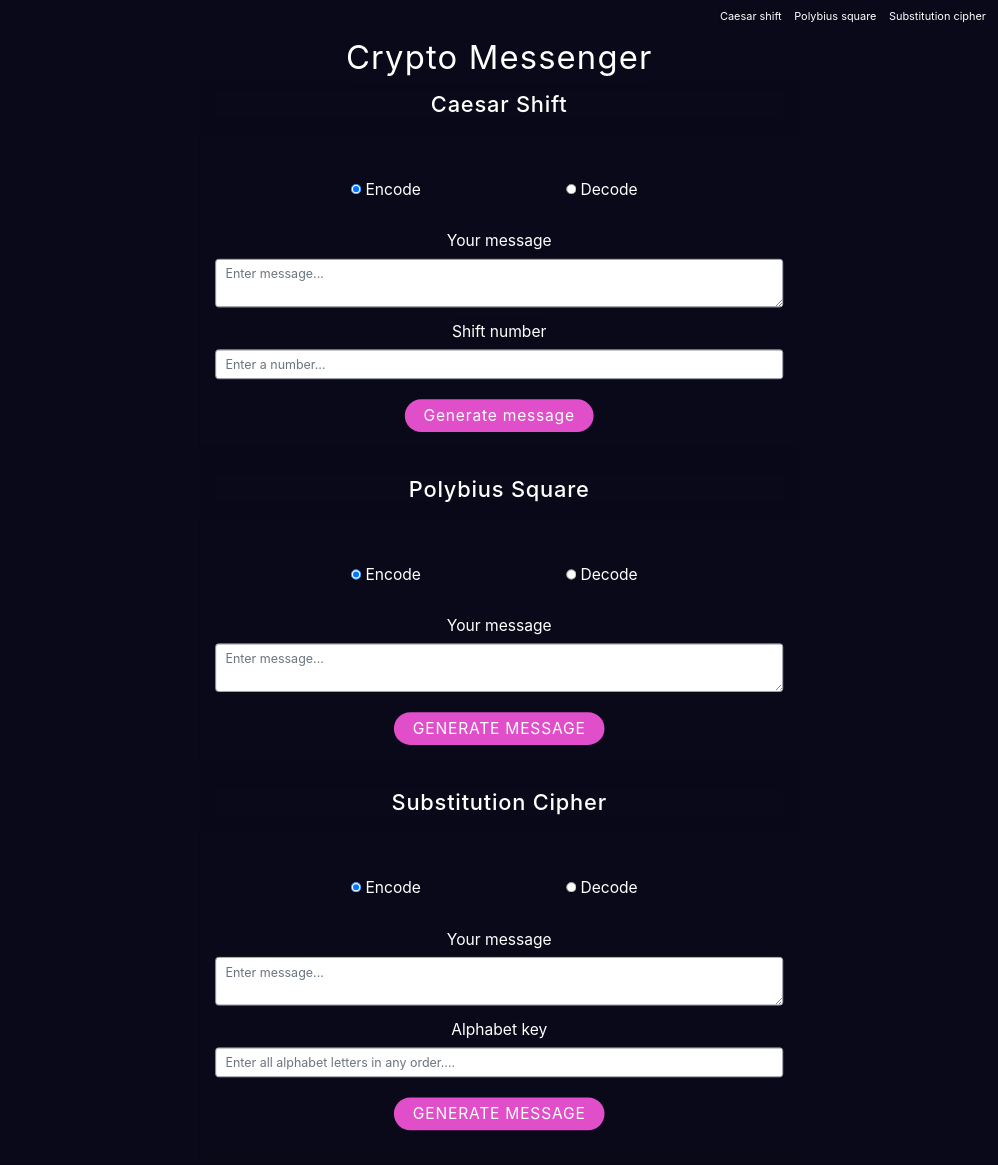
Repository: Rthompson2548/Project-Decoder-Ring
Page: index.html
These files come from the project's save history. The page is drawn as it stood at one moment and after a run of saves; the edit follows.
The browser window is 1280 px wide. The pictures show the whole page, at 78% of full size.

Above is the page before, as saved 2022-04-09 20:25:45.

### index.html
<!DOCTYPE html>
<html lang="en">

<head>
  <!-- Required meta tags -->
  <meta charset="utf-8" />
  <meta name="viewport" content="width=device-width, initial-scale=1, shrink-to-fit=no" />
  <link rel="icon" href="images/favicon.ico" />
  <link rel="stylesheet" type="text/css" href="index.css" />
  <link rel="stylesheet" href="https://stackpath.bootstrapcdn.com/bootstrap/4.5.2/css/bootstrap.min.css"
    integrity="sha384-JcKb8q3iqJ61gNV9KGb8thSsNjpSL0n8PARn9HuZOnIxN0hoP+VmmDGMN5t9UJ0Z" crossorigin="anonymous" />
<link rel="preconnect" href="https://fonts.googleapis.com">
<link rel="preconnect" href="https://fonts.gstatic.com" crossorigin>
<link href="https://fonts.googleapis.com/css2?family=Archivo&family=Montserrat&family=Work+Sans&display=swap"
  rel="stylesheet">
  <title>Crypto-Messenger</title>
</head>

<body>
  <header class="container-fluid border-0">
    <div class="nav-bar fixed-top">
      <div class="nav-bar">
        <a href="#caesar-shift"> <span class="nav-bar-item">
            Caesar shift
          </span> </a>
          <a href="#polybius-square"> <span class="nav-bar-item">
            Polybius square
          </span> </a>
          <a href="#substitution-cipher"> <span class="nav-bar-item">
            Substitution cipher
          </span> </a>
      </div>
    </div>
  </header>
  <main>
    <div class="header">
      <span class="page-title">
        Crypto Messenger
      </span>
      <!-- <p>Use ciphers to encode & decode messages</p> -->
      </div>

    <div class="page-content">
      <!-- Caesar Shift -->
      <section>
        <div class="language-card" id="caesar-shift">
          <div class="card-header">
            <h2 class="language-card-title">Caesar Shift</h2>
            </div>
            <div class="card-body">

            <form id="caesar">
<!-- encode/decode radio option buttons -->
              <div class="encode-decode-options">
                <!-- encode option radio button -->
                <div class="form-check form-check-inline">
                  <input class="form-check-input" type="radio" name="caesar-options" id="caesar-options-encode" value="encode" checked />

                  <label class="form-check-label" for="caesar-options-encode">
                    Encode
                  </label>

                </div>
<!-- decode option radio button -->
                <div class="form-check form-check-inline">
                  <input class="form-check-input" type="radio" name="caesar-options" id="caesar-options-decode" value="decode" />

                  <label class="form-check-label" for="caesar-options-decode">
                    Decode
                  </label>

                </div>
              </div>

              <div class="form-group">
                <label for="caesar-input">Your message</label>
                <textarea class="form-control" id="caesar-input" rows="2" placeholder="Enter message..."></textarea>
                </div>
                <div class="form-group">
                  <label for="caesar-shift">Shift number</label>
                  <input type="number" class="form-control" id="caesar-shift" placeholder="Enter a number..." />
                </div>
              <div class="submit-button-container">
                <button class="submit-button" type="submit">Generate message</button>
              </div>
            </form>
            </div>
          <div id="caesar-alert" class="alert alert-danger d-none" role="alert"> Something went wrong! Check your input
            and the shift amount and try again. </div>
          <div class="card-footer"><span class="font-weight-bold" id="caesar-output"></span> </div>
          </div>
          </section>
      <!-- Polybius -->
      <section>
        <div class="language-card" id="polybius-square">
          <div class="card-header">
            <h2 class="language-card-title">Polybius Square</h2>
            </div>
            <div class="card-body">
            <!-- <p class="language-card-description"> The Polybius Square is a cipher that is achieved by arranging a
              typical alphabet into a grid. Each letter is represented through a coordinate. For example, in the above
              table, the letter "B" would be represented by the numerical pair "21". </p> -->
            <form id="polybius">
              <div class="encode-decode-options">
                <div class="form-check form-check-inline">
                  <input class="form-check-input" type="radio" name="polybius-options" id="polybius-options-encode" value="encode"
                    checked />
                  <label class="form-check-label" for="polybius-options-encode">Encode</label>
                </div>
                <div class="form-check form-check-inline">
                  <input class="form-check-input" type="radio" name="polybius-options" id="polybius-options-decode" value="decode" />
                  <label class="form-check-label" for="polybius-options-decode">Decode</label>
                </div>
              </div>
              <div class="form-group">
                <label for="polybius-input">Your message</label>
                <textarea class="form-control" id="polybius-input" rows="2" placeholder="Enter message..."></textarea>
                </div>
              <div class="submit-button-container">
                <button class="submit-button" type="submit">GENERATE MESSAGE</button>
              </div>
            </form>
            </div>
          <div id="polybius-alert" class="alert alert-danger d-none" role="alert"> Something went wrong! Check your
            input and try again. </div>
          <div class="card-footer"><span class="font-weight-bold" id="polybius-output"></span> </div>
          </div>
          </section>
      <!-- Substitution -->
      <section id="substitution-cipher">
        <div class="language-card">
          <div class="card-header">
            <h2 class="language-card-title">Substitution Cipher</h2>
            </div>
            <div class="card-body">

            <form id="substitution">
              <div class="encode-decode-options">
                <div class="form-check form-check-inline">
                  <input class="form-check-input" type="radio" name="substitution-options" id="substitution-options-encode"
                    value="encode" checked />
                  <label class="form-check-label" for="substitution-options-encode">Encode</label>
                </div>
                <div class="form-check form-check-inline">
                  <input class="form-check-input" type="radio" name="substitution-options" id="substitution-options-decode"
                    value="decode" />
                  <label class="form-check-label" for="substitution-options-decode">Decode</label>
                </div>
              </div>
              <div class="form-group">
                <label for="substitution-input">Your message</label>
                <textarea class="form-control" id="substitution-input" rows="2" placeholder="Enter message..."></textarea>
                </div>
                <div class="form-group">
                  <label for="substitution-alphabet">Alphabet key</label>
                  <input type="text" class="form-control" id="substitution-alphabet" maxlength="26"
                    placeholder="Enter all alphabet letters in any order...." />
                </div>
              <div class="submit-button-container">
                <button class="submit-button" type="submit">GENERATE MESSAGE</button>
              </div>
            </form>
            </div>
          <div id="substitution-alert" class="alert alert-danger rounded-0 d-none" role="alert"> Something went wrong!
            Check your input and alphabet key. </div>
          <div class="card-footer border-0"><span class="font-weight-bold" id="substitution-output"></span> </div>
          </div>
          </section>
    </div>

  </main>
  <script src="./scripts/setup.js"></script>
  <script src="./src/caesar.js"></script>
  <script src="./src/polybius.js"></script>
  <script src="./src/substitution.js"></script>
  <script src="./scripts/caesar.js"></script>
  <script src="./scripts/polybius.js"></script>
  <script src="./scripts/substitution.js"></script>
</body>

</html>

### index.css
* {
  background-color: rgb(9 9 25);
  color: #fff;
  margin: 0;
  padding: 0;
}

html, body, #page {
    margin:0;
    padding:0;
    font-family: 'Montserrat', sans-serif;
}

input, textarea {
  font-size: 16px !important;
}

.page-content {
  align-items: center;
}

.page-title {
  color: #fff;
  font-size: 42px;
  font-weight: medium;
  display: flex;
  letter-spacing: 1.5px;
  justify-content: center;
  margin-top: 42px;
}

.nav-bar {
  display: flex;
  justify-content: center;
  padding: 4px 0;
}

.nav-bar-item {
  font-size: 14px;
  margin-right: 16px;
}

.header {
  display: flex;
  justify-content: center;
}

.encode-decode-options {
  display: flex;
  justify-content: space-evenly;
  margin: 36px 0;
  font-size: 15px;
}

section {
  text-align: center;
}

label {
  font-size: 20px;
}

.language-card {
  display: inline-block;
  width: 60%;
  color: #000;
  border: none;
  border-radius: 8px;
  /* margin-top: 42px; */
}

.language-card-title {
  font-size: 28px !important;
  letter-spacing: 1px;
  font-weight: light !important;
  /* margin-top: 50px; */
}

.language-card-description {
  line-height: 1.5rem;
  letter-spacing: 0.5px;
  margin-bottom: 18px;
}

.submit-button-container {
  display: flex;
  justify-content: center;
}

.submit-button {
  background-color: rgb(225 78 202);
  border: none;
  color: #fff;
  border-radius: 25px;
  padding: 6px 24px;
  margin-top: 10px;
  font-size: 20px;
  letter-spacing: 1px;
}

@media (min-width: 1000px) {

  .page-content {

  }

  .nav-bar {
    justify-content: end;
  }

  .language-card-title {
    font-size: 16px;
  }

  .language-card-description {
    font-size: 12px;
  }


}

### src/caesar.js
const caesarModule = (function() {
    function caesar(input, shift, encode = true) {
        if (!shift || shift === 0 || shift < -25 || shift > 25) return false;
        /* create a variable that takes the input value and converts it to lower case letters so that all characters have the correct ascii values */
        let word = input.toLowerCase().split("");

        /** will subtract the shift value from the word if "decode" to return the original letters of the word */
        if (!encode) shift = 0 - shift;
        // create a variable that maps each letter of the word
        const message = word.map((letter) => {
            let asciiValue = letter.charCodeAt(0) - 97;
            if (asciiValue < 0 || asciiValue > 26) return letter;

            /* add the ascii code value of the letter to the
            shift argument value to convert  it to the right
            character */
            asciiValue += shift;

            /* if the character's value is less than the 'a' value,
            add 26 to it so that it wraps around the alphabet. */
            if (asciiValue < 0) asciiValue += 26;
            asciiValue = asciiValue % 26;

            /* why do we add the ascii value to 97, which is 'a', if
            we already added it's ascii value to shift? Isn't that how
            we encode the message? */

            asciiValue += 97;

            /* user String.fromCharCode to connect the ascii
            code message back to letter values */
            return String.fromCharCode(asciiValue);
        });

        /* join each new character together to create a full word */
        return message.join("");
    }


    return {
        caesar,
    };
})();

module.exports = {
    caesar: caesarModule.caesar
};

### src/polybius.js
const polybiusModule = (function() {
    function polybius(input, encode = true) {
        /* create a variable that takes the input message, converts it all to lowercase, and use split to return an array of each letter separated by a single comma */
        const split = input.toLowerCase().split("");
        /* create an array of every letter(s) in the polybius square. This array will be separated into multiple inner arrays of letters within the array according to their row */
        const polybiusSquare = [
            ["a", "b", "c", "d", "e"],
            ["f", "g", "h", "(i/j)", "k"],
            ["l", "m", "n", "o", "p"],
            ["q", "r", "s", "t", "u"],
            ["v", "w", "x", "y", "z"],
        ];
        /* create an if statement for what to do if the inputted message should be encoded */
        if (encode) {
            /* create a variable that uses map method on the lowercase message */
            const codedMessage = split.map((letter) => {
                /* create a variable that takes each character from the inputted message array and converts it into it's unicode value. */
                const asciiLetterValue = letter.charCodeAt(0);
                /* use an if statement to return only characters between
                   lowercase 'a' and 'z' ascii values, as well as checking that
                   the character is not a space  */
                if ((asciiLetterValue < 97 || asciiLetterValue > 122) && asciiLetterValue != 32) return;
                /* run a for loop through the polybius square array */
                for (let i = 0; i < polybiusSquare.length; i++) {
                    /* run a for loop within that for loop through each inner array */
                    for (let j = 0; j < polybiusSquare[i].length; j++) {
                        if (polybiusSquare[i][j] === letter) return `${j + 1}${i + 1}`;
                        if (letter === "i" || letter === "j") return "42";
                        if (letter === " ") return " ";
                    }
                }
            });
            /* return the variable that split and lower case'd the original message argument */
            return codedMessage.join("");
        }

        /* decode */

        /* set a variable as an empty string to hold decoded message */
        let codedMessage = "";
        /* run a for loop through the message array, but increment i by 2, because each encoded character amounts to 2 number values */
        for (let i = 0; i < split.length; i += 2) {
            /* create an if statement that checks if the value in the message is a space */
            if (split[i] === " ") {
                /* if the value is true, then add a space string to the decoded message string */
                codedMessage += " ";
                /* switch incrementor to go back one "a" value in order to not include the next number in the string */
                i--;
                /* run a continue statement, which will terminate the i-1 incrementor and return back to a+=2 for the next numbers in the string*/
                continue;
            }
            if (!split[i + 1]) return false; // invalid number of characters
            codedMessage += polybiusSquare[split[i + 1] - 1][split[i] - 1];
        }
        // return the coded message

        return codedMessage;
    }

    return {
        polybius,
    };
})();

module.exports = {
    polybius: polybiusModule.polybius
};

### src/substitution.js
const substitutionModule = (function () {
/* helper function for message and both alphabet strings */
    function mapInput(message, alphabetA, alphabetB) {

        /* use the map method on the input message */
        return message.map((letter) => {
            const index = alphabetA.indexOf(letter);
            /* if statement that returns any characters that
             were not found in the string */
            if (index === -1) return letter;
            return alphabetB[index];
        });
    }

  function substitution(input, alphabet, encode = true) {
        if (!alphabet || alphabet.length != 26) return false;

        /* variable that takes the correct alphabet
        string and returns an array of the letters, separated by a comma */
        const abc = "abcdefghijklmnopqrstuvwxyz".split("");

        /* variable that takes the alphabet argument and
        returns it in lower case, separated by commas */
        const splitAlphabet = alphabet.toLowerCase().split("");

        /* variable that takes the message argument,
        and returns it converted to lower case and separated
        by commas */
        const message = input.toLowerCase().split("");

        /* use a nested for loop to compare the characters
          in the alphabet argument to check for uniqueness */
        for (let i = 0; i < splitAlphabet.length; i++) {
            for (let j = i + 1; j < splitAlphabet.length; j++) {
                if (splitAlphabet[i] === splitAlphabet[j]) return false;
            }
        }

        if (encode) return mapInput(message, abc, splitAlphabet).join("");
        return mapInput(message, splitAlphabet, abc).join("");
}

  return {
    substitution,
  };
})();

module.exports = { substitution: substitutionModule.substitution };

### scripts/caesar.js
function caesarRenderer() {

  const form = document.querySelector("#caesar");

  form.addEventListener("submit", (event) => {
    event.preventDefault();

    /** grabs input value via the textarea's id */
    const input = event.target["caesar-input"].value;

    /** direction will be either "encode" or "decode" */
    const direction = event.target["caesar-options"].value;

    /** grabs the value of the shift number input (aka the number to shift the message by) */
    const shift = event.target["caesar-shift"].value;

    /** sets the value of the shift in integer form */
    const result =
      direction === "encode"
        ? caesarModule.caesar(input, Number(shift))
        : caesarModule.caesar(input, Number(shift), false);

    const alert = document.querySelector("#caesar-alert");

    if (result) {
      alert.classList.add("d-none");
      const output = document.querySelector("#caesar-output");
      output.innerHTML = result;
    } else {
      alert.classList.remove("d-none");
    }
  });
}

document.addEventListener("DOMContentLoaded", caesarRenderer);

### scripts/polybius.js
function polybiusRenderer() {
  const form = document.querySelector("#polybius");
  form.addEventListener("submit", (event) => {
    event.preventDefault();

    const input = event.target["polybius-input"].value;
    const direction = event.target["polybius-options"].value;
    const result =
      direction === "encode"
        ? polybiusModule.polybius(input)
        : polybiusModule.polybius(input, false);

    const alert = document.querySelector("#polybius-alert");
    if (result) {
      alert.classList.add("d-none");
      const output = document.querySelector("#polybius-output");
      output.innerHTML = result;
    } else {
      alert.classList.remove("d-none");
    }
  });
}

document.addEventListener("DOMContentLoaded", polybiusRenderer);

### scripts/substitution.js
function substitutionRenderer() {
  const form = document.querySelector("#substitution");
  form.addEventListener("submit", (event) => {
    event.preventDefault();

    const input = event.target["substitution-input"].value;
    const direction = event.target["substitution-options"].value;
    const alphabet = event.target["substitution-alphabet"].value;
    const result =
      direction === "encode"
        ? substitutionModule.substitution(input, alphabet)
        : substitutionModule.substitution(input, alphabet, false);

    const alert = document.querySelector("#substitution-alert");
    if (result) {
      alert.classList.add("d-none");
      const output = document.querySelector("#substitution-output");
      output.innerHTML = result;
    } else {
      alert.classList.remove("d-none");
    }
  });
}

document.addEventListener("DOMContentLoaded", substitutionRenderer);

Loaded but not shown: scripts/setup.js (common file)

After the next 2 saves:
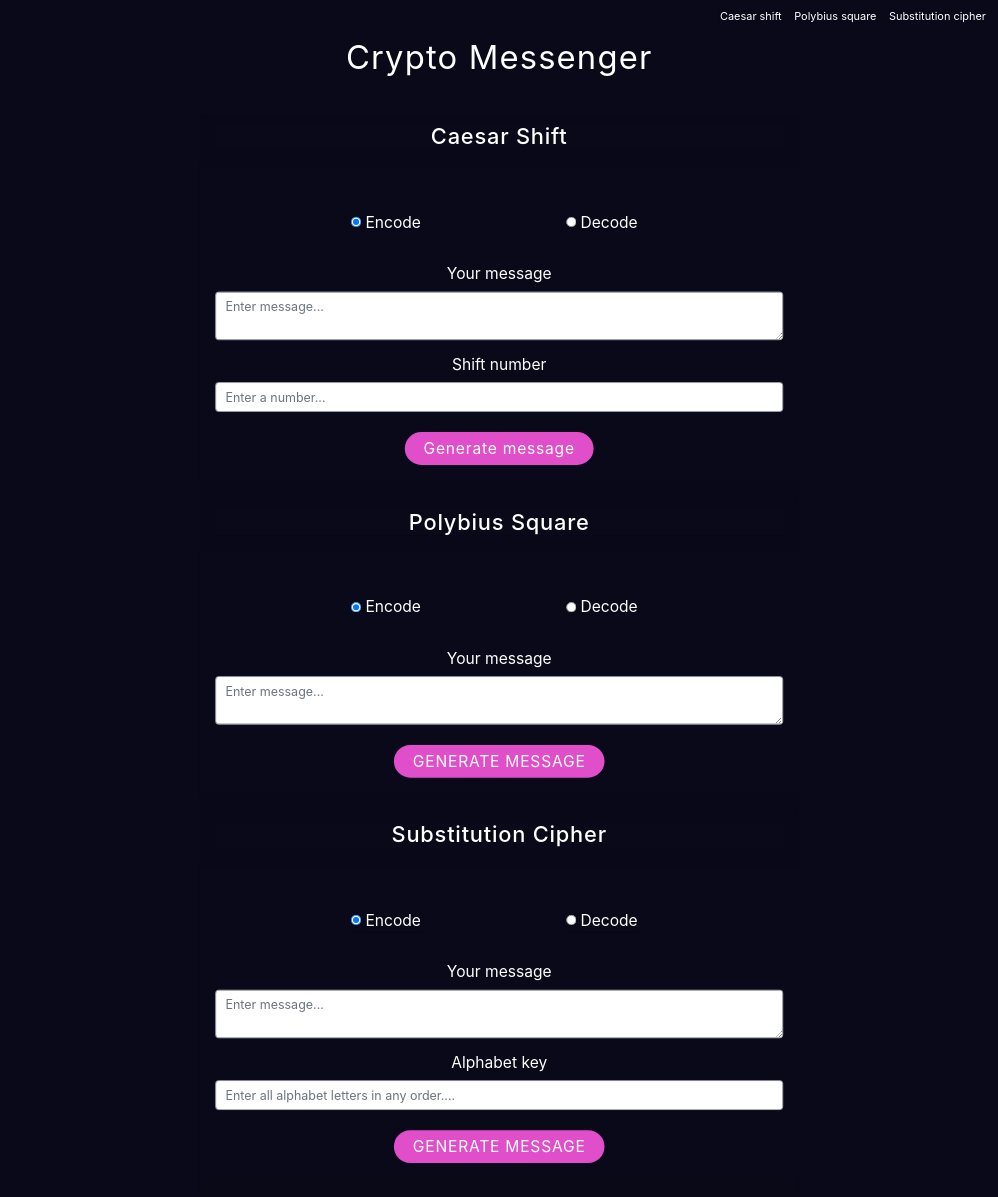
The 2 saves are shown as one change because they came seconds apart.
The last was saved 13 s later.
--- a/index.css
+++ b/index.css
@@ -26,7 +26,7 @@ input, textarea {
   display: flex;
   letter-spacing: 1.5px;
   justify-content: center;
-  margin-top: 42px;
+  margin: 42px 0;
 }
 
 .nav-bar {
